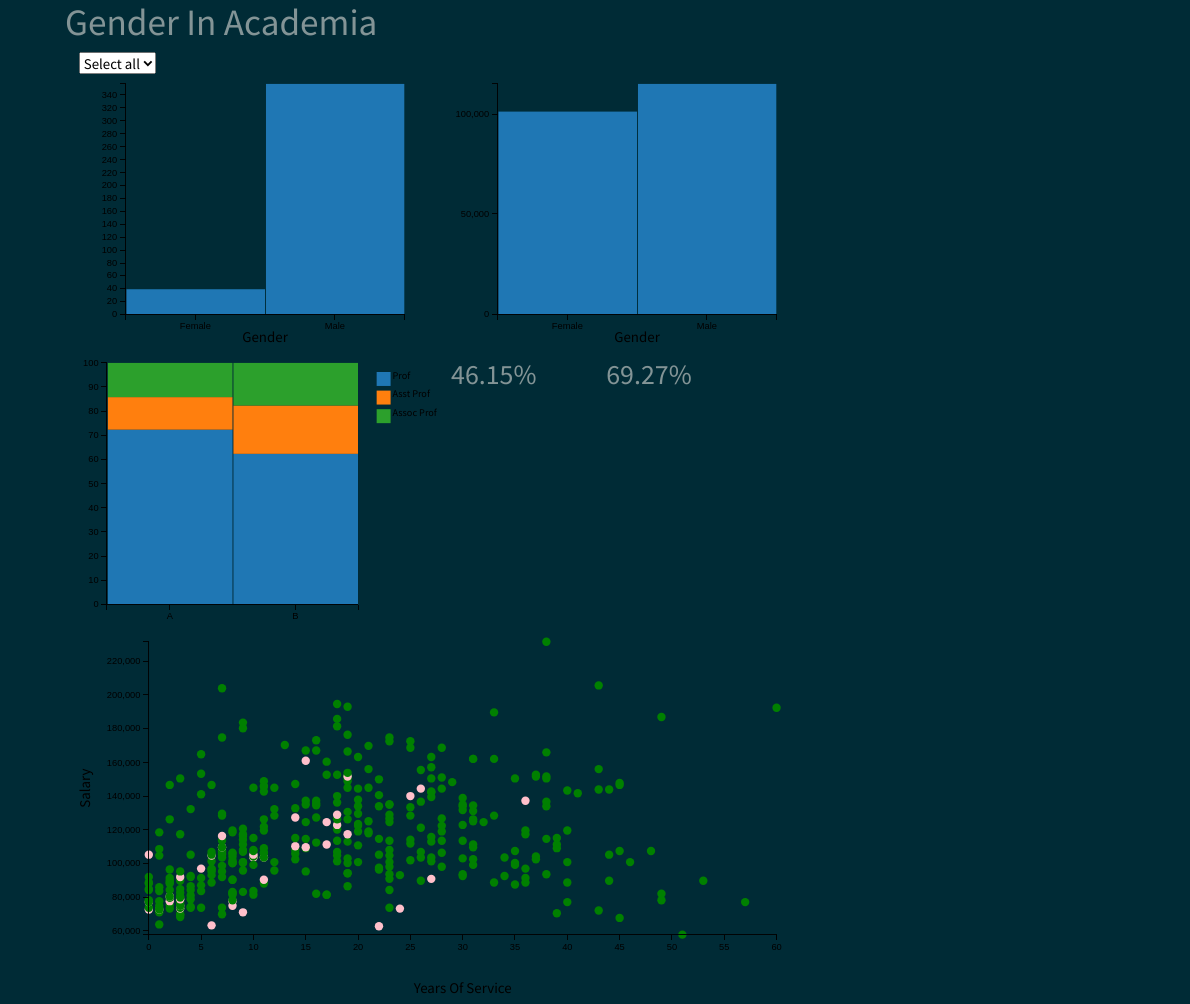
Repository: rafaljanos/Dashboard
Page: Index.html
The author's editor kept a record of every edit. The page is drawn from the files as they stood at one moment, then again after the next edit.
The browser window is 1280 px wide. The pictures show the whole page, at 93% of full size.

Above is the page before.

### Index.html
<!DOCTYPE html>
<html lang="en">
<head>
    <meta charset="UTF-8">
    <meta name="viewport" content="width=device-width, initial-scale=1.0">
    <meta http-equiv="X-UA-Compatible" content="ie=edge">
    <title>Dashboard</title>

    <link rel="stylesheet" href="static/css/bootstrap.min.css" type="text/css" />
    <link rel="stylesheet" href="static/css/dc.min.css" type="text/css" />
    <link rel="stylesheet" href="static/css/style.css" type="text/css" />

    <script type="text/javascript" src="static/js/d3.min.js"></script>
    <script type="text/javascript" src="static/js/crossfilter.min.js"></script>
    <script type="text/javascript" src="static/js/dc.min.js"></script>
    <script type="text/javascript" src="static/js/queue.min.js"></script>
    <script type="text/javascript" src="static/js/graph.js"></script>

</head>
<body>
    <div class="container">

        <div class="row">
            <h1>Gender In Academia</h1>
        </div>
        <div class="row">
            <div id="discipline-selector"></div>
        </div>


    <div id="gender-balance"></div>

    <div id="average-salary"></div>

    <div id="rank-distribution"></div>

    <div class="number-box" id="percent-of-women-professors"></div>
    <div class="number-box" id="percent-of-men-professors"></div>

    <div id="service-salary"></div>

    <div id="phd-salary"></div>
    </div>


</body>
</html>

### static/css/style.css
.navbar-default {
	background-image: none;
	margin-bottom: 0;
}

.section-heading, #discipline-selector {
	display: inline-block;
	float: none;
	margin: 0;
}

.section-heading {
	margin-bottom: 50px;
}

#discipline-selector {
	margin-left: 15px;
}

.number-box {
	margin-right: 75px;
}

.number-box, .fa.fa-gender {
    font-size: 30px;
    font-weight: 500;
}

.fa-gender {
	margin-right: 10px;
}

.custom-chart {
	margin-bottom: 40px;
}

.section {
	border-bottom: 1px solid #e6e6e6;
	padding: 30px 0;
}

.section-paragraph {
	line-height: 1.2;
}

### static/js/graph.js
queue()
    .defer(d3.csv, "data/Salaries.csv") // directory of file with data to use
    .await(makeGraphs);                 // makeGraphs is any name we want

function makeGraphs(error, salaryData) {// function for that name we choose
    var ndx = crossfilter(salaryData);  // loading salary data to crossfilter

    salaryData.forEach(function(d) {
        d.salary = parseInt(d.salary);  // changing the text data salary to intedur version of the salary
        d.yrs_service = parseInt(d["yrs.service"]);

    })

    show_discipline_selector(ndx);      // passind NDX filter to a function that will draw graph discipline_selector

    show_percent_that_are_professors(ndx, "Female", "#percent-of-women-professors");
    show_percent_that_are_professors(ndx, "Male", "#percent-of-men-professors");

    show_gender_balance(ndx);           // passind NDX filter to a function that will draw graph gender_balance
    show_average_salaries(ndx);         // any name
    show_rank_distribution(ndx);

    show_service_to_salary_correlation(ndx);

    dc.renderAll();                     // to render it all
}

function show_discipline_selector(ndx) {        // function for show_discipline_selector
    dim = ndx.dimension(dc.pluck(`discipline`));
    group = dim.group()                         // simple group

    dc.selectMenu("#discipline-selector")       // it creates a selector menu
        .dimension(dim)
        .group(group);
}

function show_percent_that_are_professors(ndx, gender, element) { // gender(sex)argument and element to use in next function
    var percentageThatAreProf = ndx.groupAll().reduce(
        function (p, v) {
            if (v.sex === gender) {                             //using gender argument from above
                p.count++;
                if (v.rank === "Prof") {
                    p.are_prof++;
                }
            }
            return p;
        },
         function (p, v) {
            if (v.sex === gender) {
                p.count--;
                if (v.rank === "Prof") {
                    p.are_prof--;
                }
            }
            return p;
        },
        function () {
            return {count: 0, are_prof: 0};
        },
    );


    dc.numberDisplay(element)                   // element where we want the number to display
        .formatNumber(d3.format(".2%"))         // format change the way numbers are displayed
        .valueAccessor(function (d) {
            if (d.count == 0) {
                return 0;
            } else {
                return (d.are_prof / d.count);// devide prof by them total count
            }
        })
        .group(percentageThatAreProf)// show which group data to use to calculate this


}

function show_gender_balance(ndx) {           // function for show_gender_balance
    var dim = ndx.dimension(dc.pluck(`sex`)); // create dimension of sex variable
    var group = dim.group();                  // create a group

    dc.barChart("#gender-balance")            // create a bar chart for specific div ID
        .width(400)
        .height(300)
        .margins({top: 10, right:50, bottom: 30, left: 50})
        .dimension(dim)
        .group(group)
        .transitionDuration(500)
        .x(d3.scale.ordinal())
        .xUnits(dc.units.ordinal)
        .xAxisLabel("Gender")
        .yAxis().ticks(20);
}

function show_average_salaries(ndx) {
    var dim = ndx.dimension(dc.pluck(`sex`));

    function add_item(p, v) {           // p-keeps track of total and avarage and count, v-each data items we adding
        p.count++;                      // increment the count in p object
        p.total += v.salary;            // increment total by the salary of the data
        p.average = p.total / p.count;  // total devidet by the count
        return p;                       // always return p at the end add or remove function
    }

    function remove_item(p, v) {
        p.count--;                          // reduce the count
        if(p.count == 0) {                  // if the count is 0 we set total count to 0
            p.total = 0;
            p.average = 0;
        }   else {                          // if the count is grater than 0 we use normal calculations
            p.total -= v.salary             // reduce the total by the amount of the salary
            p.average = p.total / p.count;  // total devidet by the count
        }
        return p;
    }

    function initialise() {                 // creates initial value for p
        return {count: 0,total: 0, average: 0};
    }

    var averageSalasyByGender = dim.group().reduce(add_item, remove_item, initialise);


    dc.barChart("#average-salary")
        .width(400)
        .height(300)
        .margins({top: 10, right: 50, bottom: 30, left: 50})
        .dimension(dim)
        .group(averageSalasyByGender)
        .valueAccessor(function(d) {            // to specify which of the 3 values will be plotet
            return d.value.average.toFixed(2);  // .toFixed(2)-reduce to 2 decimels number 2 spaces after (,00)
        })
        .transitionDuration(500)
        .x(d3.scale.ordinal())
        .xUnits(dc.units.ordinal)
        .elasticY(true)
        .xAxisLabel("Gender")
        .yAxis().ticks(4);
}

function show_rank_distribution(ndx) {



    var profByGender = dim.group().reduce(
        function (p, v) {
            p.total++;
            if(v.rank == rank) {           // match if the rank what we are looking for is profesor
                p.match++;
            }
            return p;
        },
        function (p, v) {
            p.total--;
            if(v.rank == rank)  {          // match if the rank what we are looking for is profesor
                p.mach--;
            }
            return p;
        },
        function () {
            return {total: 0, match: 0};
        }
    );

    function rankByGender(dimension, rank) {
        return dimension.group().reduce(
        function (p, v) {
            p.total++;
            if(v.rank == rank) {           // match if the rank what we are looking for is profesor
                p.match++;
            }
            return p;
        },
        function (p, v) {
            p.total--;
            if(v.rank == rank)  {          // match if the rank what we are looking for is profesor
                p.mach--;
            }
            return p;
        },
        function () {
            return {total: 0, match: 0};
            }
        );
    }

    var profByGender = rankByGender(dim, "Prof");
    var asstProfByGender = rankByGender(dim, "AsstProf");
    var assocProfByGender = rankByGender(dim, "AssocProf");

    // console.log(profByGender.all());        // to inspect and check if that works

    dc.barChart("#rank-distribution")
        .width(400)
        .height(300)
        .dimension(dim)
        .group(profByGender, "Prof")
        .stack(asstProfByGender, "Asst Prof")       // stacks this group on top of prof
        .stack(assocProfByGender, "Assoc Prof")     // stacks this group on top of asst
        .valueAccessor(function(d) {               // geting procentage of the total
            if(d.value.total > 0) {
                 return (d.value.match / d.value.total) * 100; //matching amount devide by total and multiply by 100
            } else {
                return 0;
            }
    })
        .x(d3.scale.ordinal())
        .xUnits(dc.units.ordinal)
        .legend(dc.legend().x(320).y(20).itemHeight(15).gap(5))
        .margins({top: 10, right: 100, bottom: 30, left: 30});
}


function show_service_to_salary_correlation(ndx) {

    var genderColors = d3.scale.ordinal()    //adding colors genderColors
        .domain(["Female", "Male"])
        .range(["pink", "green"]);

    var eDim = ndx.dimension(dc.pluck("yrs_service"));
    var experienceDim = ndx.dimension(function(d) {             //extrackts 2 pieces of info
        return [d.yrs_service, d.salary, d.rank, d.sex];        //years of service and salary
    });             //0         //1        //2    //3
    var experienceSalaryGroup = experienceDim.group();

    var minExperience = eDim.bottom(1)[0].yrs_service;
    var maxExperience = eDim.top(1)[0].yrs_service;

    dc.scatterPlot("#service-salary")
        .width(800)
        .height(400)
        .x(d3.scale.linear().domain([minExperience, maxExperience]))
        .brushOn(false)
        .symbolSize(8)
        .clipPadding(10)
        .yAxisLabel("Salary")
        .xAxisLabel("Years Of Service")
        .title(function(d) {                        //apear when hovered with mouse
            return d.key[2] + " earned " + d.key[1];
        })
        .colorAccessor(function (d) {
            return d.key[3];  //3 is d.rank
        })
        .colors(genderColors)           //adding colors genderColors
        .dimension(experienceDim)
        .group(experienceSalaryGroup)
        .margins({top: 10, right: 50, bottom: 75, left: 75});
}

Loaded but not shown: static/css/bootstrap.min.css (library); static/css/dc.min.css (library); static/js/d3.min.js (library); static/js/crossfilter.min.js (library); static/js/dc.min.js (library); static/js/queue.min.js (common file)

After the next edit:
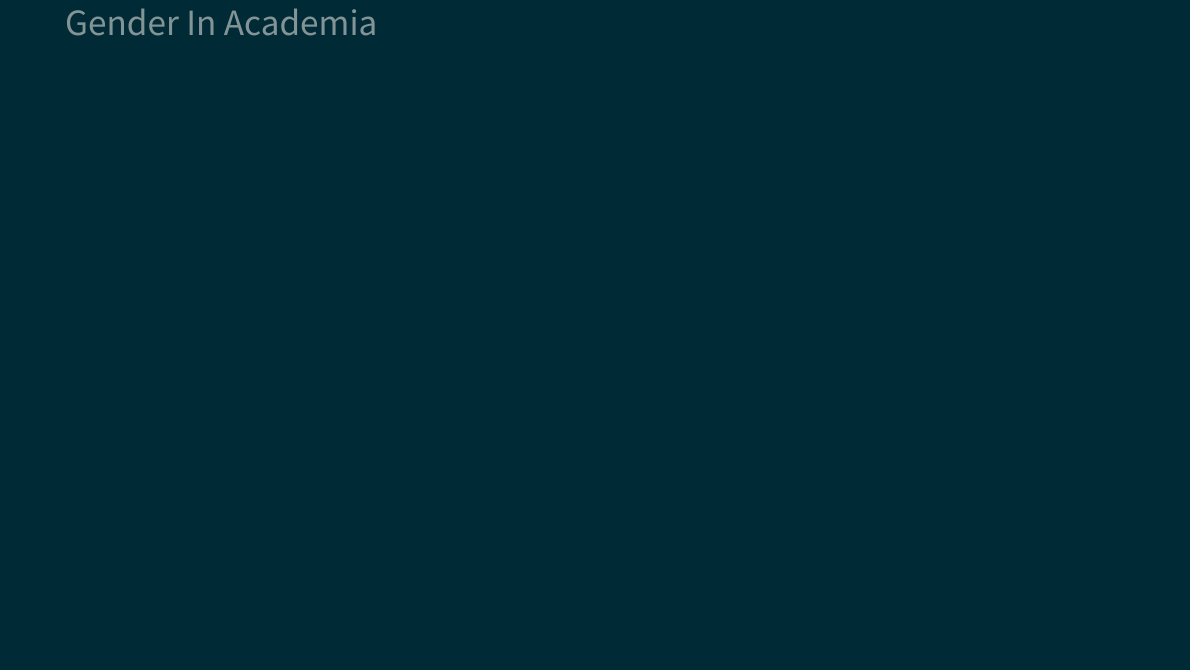
Console error: ReferenceError: show_phd_to_salary_correlation is not defined
The edit:
--- a/static/js/graph.js
+++ b/static/js/graph.js
@@ -21,6 +21,7 @@
     show_rank_distribution(ndx);
 
     show_service_to_salary_correlation(ndx);
+    show_phd_to_salary_correlation(ndx);
 
     dc.renderAll();                     // to render it all
 }

After the 2 edits that followed:
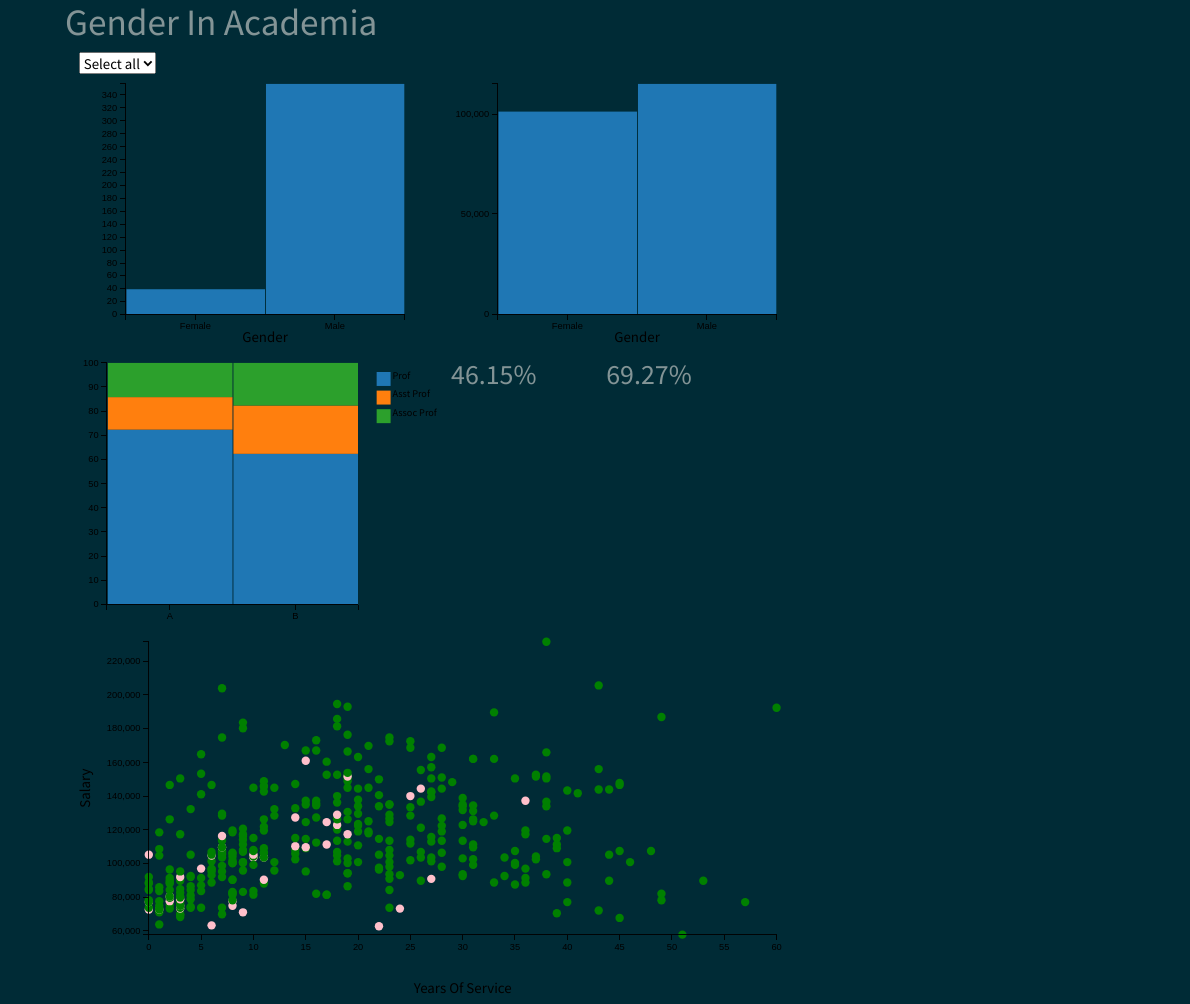
The error is gone.
The 2 edits are shown as one change because 1 left the picture as it was.
The edit:
--- a/static/js/graph.js
+++ b/static/js/graph.js
@@ -7,6 +7,7 @@
 
     salaryData.forEach(function(d) {
         d.salary = parseInt(d.salary);  // changing the text data salary to intedur version of the salary
+        d.yrs_since_phd = parseInt(d["yrs.since.phd"]);
         d.yrs_service = parseInt(d["yrs.service"]);
 
     })
@@ -246,3 +247,40 @@
         .group(experienceSalaryGroup)
         .margins({top: 10, right: 50, bottom: 75, left: 75});
 }
+
+
+function show_phd_to_salary_correlation(ndx) {
+
+    var genderColors = d3.scale.ordinal()    //adding colors genderColors
+        .domain(["Female", "Male"])
+        .range(["pink", "green"]);
+
+    var eDim = ndx.dimension(dc.pluck("yrs_service"));
+    var experienceDim = ndx.dimension(function(d) {             //extrackts 2 pieces of info
+        return [d.yrs_service, d.salary, d.rank, d.sex];        //years of service and salary
+    });             //0         //1        //2    //3
+    var experienceSalaryGroup = experienceDim.group();
+
+    var minExperience = eDim.bottom(1)[0].yrs_service;
+    var maxExperience = eDim.top(1)[0].yrs_service;
+
+    dc.scatterPlot("#service-salary")
+        .width(800)
+        .height(400)
+        .x(d3.scale.linear().domain([minExperience, maxExperience]))
+        .brushOn(false)
+        .symbolSize(8)
+        .clipPadding(10)
+        .yAxisLabel("Salary")
+        .xAxisLabel("Years Of Service")
+        .title(function(d) {                        //apear when hovered with mouse
+            return d.key[2] + " earned " + d.key[1];
+        })
+        .colorAccessor(function (d) {
+            return d.key[3];  //3 is d.rank
+        })
+        .colors(genderColors)           //adding colors genderColors
+        .dimension(experienceDim)
+        .group(experienceSalaryGroup)
+        .margins({top: 10, right: 50, bottom: 75, left: 75});
+}
